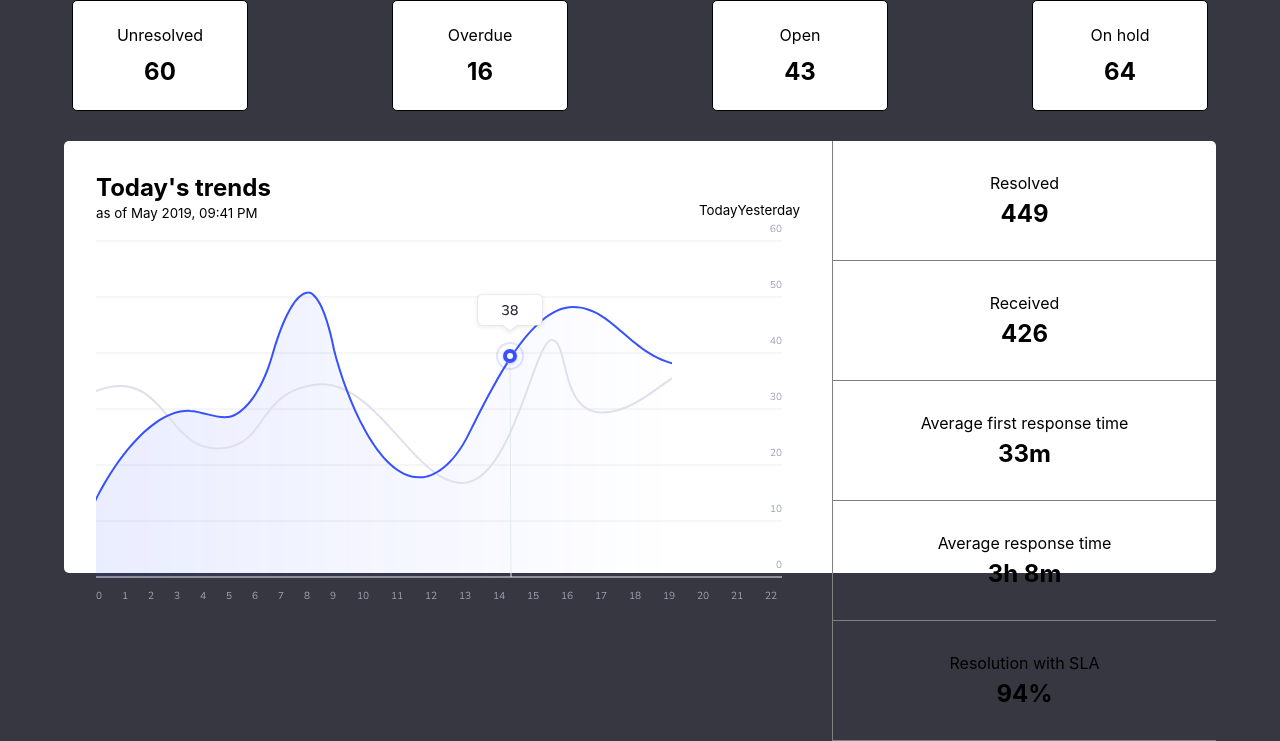
Repository: BuduCE/dashboard
Page: /
An editor plug-in stored every save of this project. The page is shown before and after a run of saves, followed by the edit.
The browser window is 1280 px wide. The pictures show the whole page.
Some web libraries are served in a nearby version. The project was rebuilt for these pictures with package versions that can differ from the ones it lists, and the page was loaded fresh each time.

Above is the page before, as saved 2022-08-03 23:27:48.

After the next 2 saves:
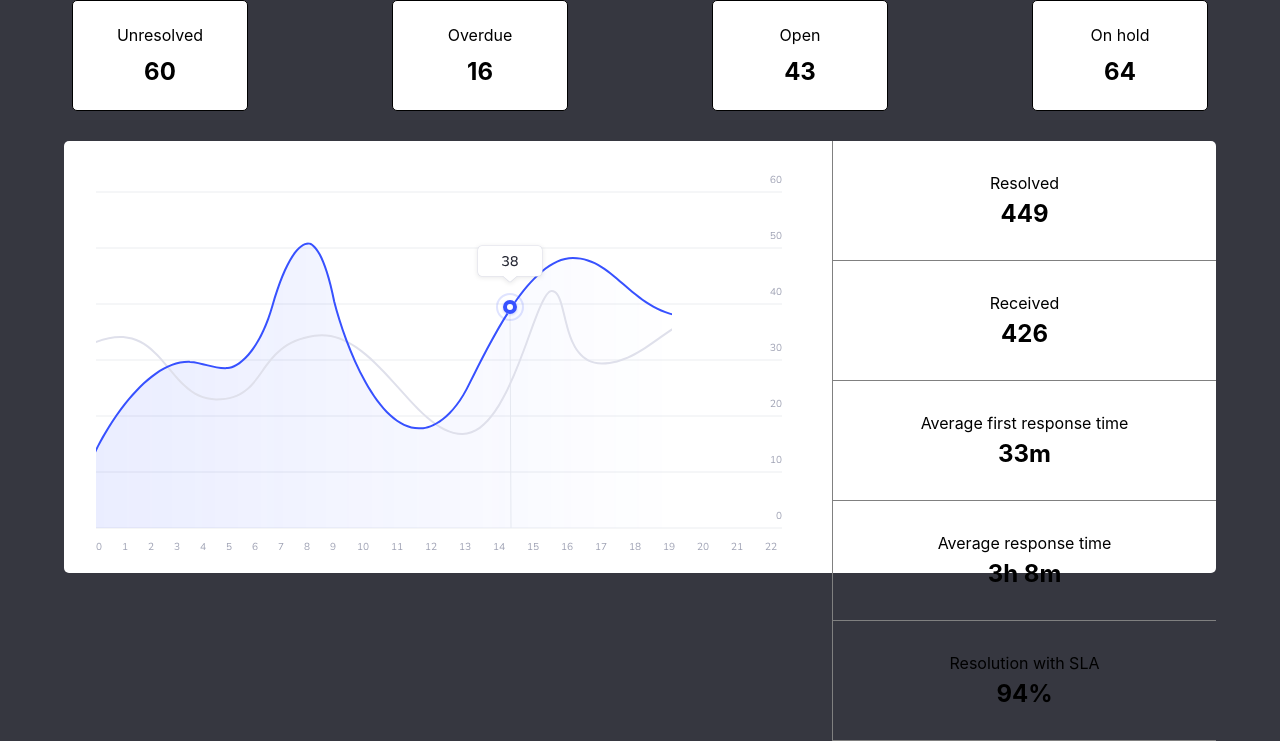
The 2 saves are shown as one change because they came seconds apart.
The last was saved 15 s later.
--- a/src/pages/Overview/index.jsx
+++ b/src/pages/Overview/index.jsx
@@ -31,18 +31,6 @@
                 <div className="trends_headT">
 
                 </div>
-                <div className="trend_title">
-                    <h2>Today's trends</h2>
-                </div>
-                <div className="trend_title_stat">
-                    <div className="trend_date">
-                        <small>as of May 2019, 09:41 PM</small>
-                    </div>
-                    <div className="trend_day">
-                        <small>Today</small>
-                        <small>Yesterday</small>
-                    </div>
-                </div>
 
                 <img src={TrendMap} alt="Trend Chart" />
             </div>

After the save that followed:
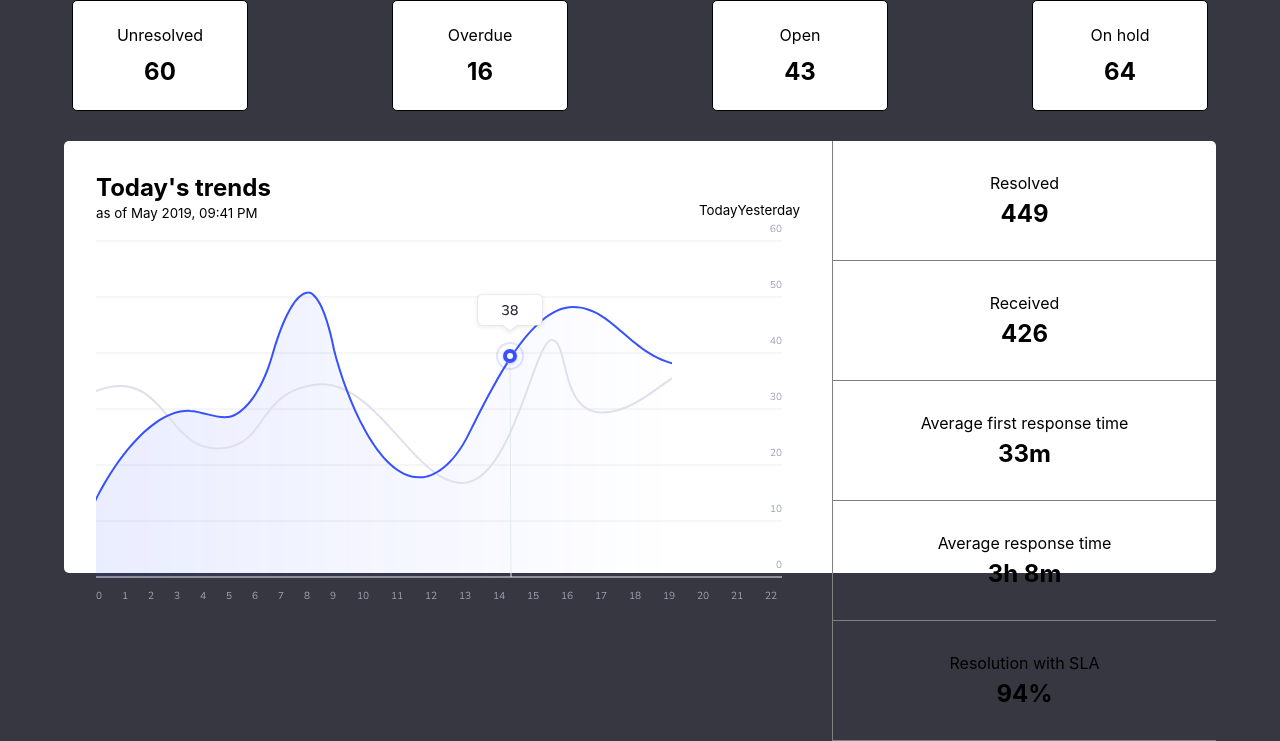
Saved 4 s later.
--- a/src/pages/Overview/index.jsx
+++ b/src/pages/Overview/index.jsx
@@ -29,7 +29,18 @@
         <div className="trends">
             <div className="trends_head">
                 <div className="trends_headT">
-
+                <div className="trend_title">
+                    <h2>Today's trends</h2>
+                </div>
+                <div className="trend_title_stat">
+                    <div className="trend_date">
+                        <small>as of May 2019, 09:41 PM</small>
+                    </div>
+                    <div className="trend_day">
+                        <small>Today</small>
+                        <small>Yesterday</small>
+                    </div>
+                </div>
                 </div>
 
                 <img src={TrendMap} alt="Trend Chart" />
